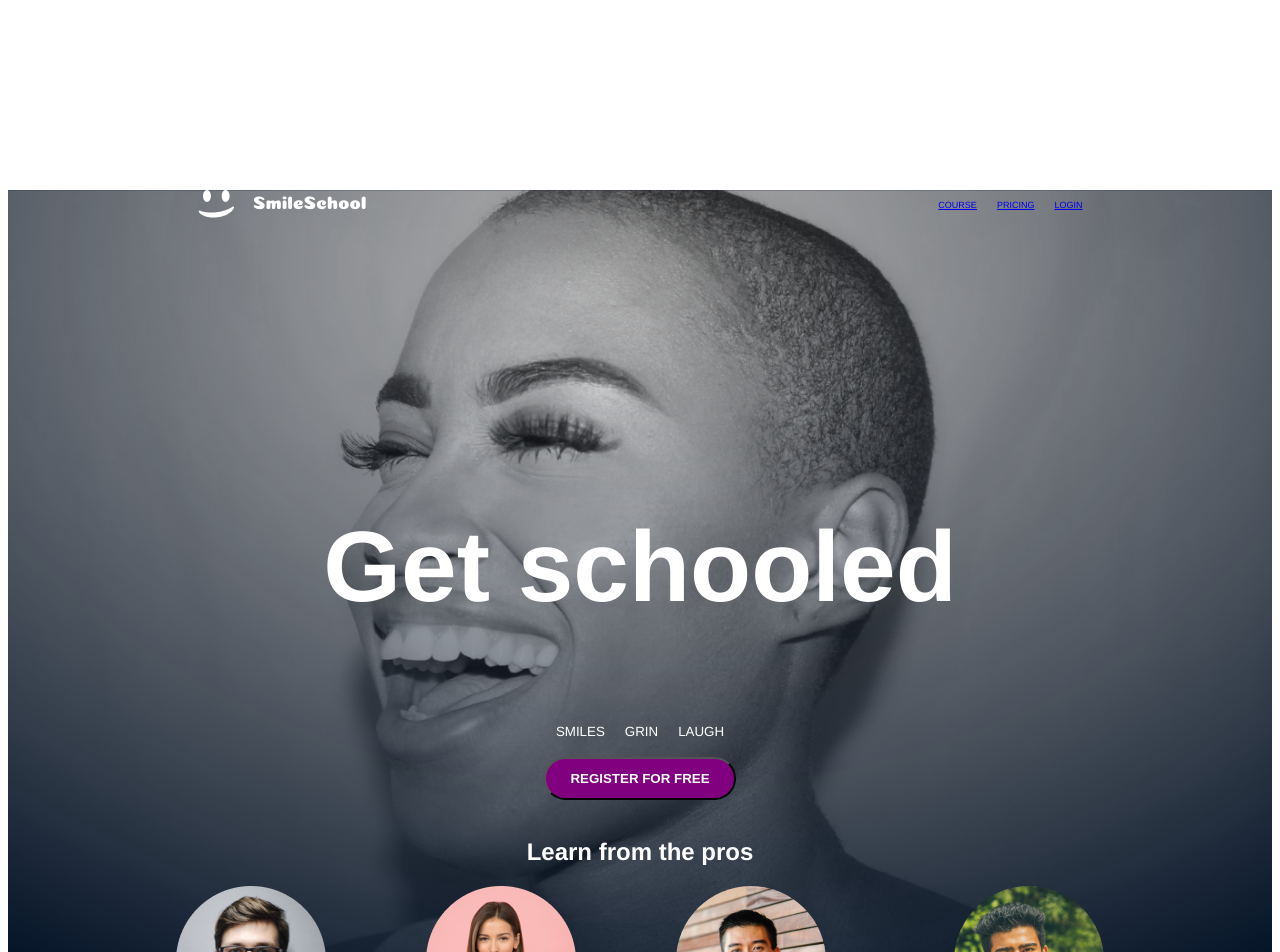
Repository: mwihakiann/alx_html_css
Page: css_advanced/index.html
An editor plug-in stored every save of this project. The page is shown before and after a run of saves, followed by the edit.
The browser window is 1280 px wide. The pictures show the part of the page from y = 0 to 952 px (the page is 3927 px tall before and 3923 px after).
A picture or video elsewhere on the page could not be fetched, so the positions and the page height are approximate. Some web libraries are served in a nearby version.

Above is the page before, as saved 2025-09-28 18:48:53.

After the next 2 saves:
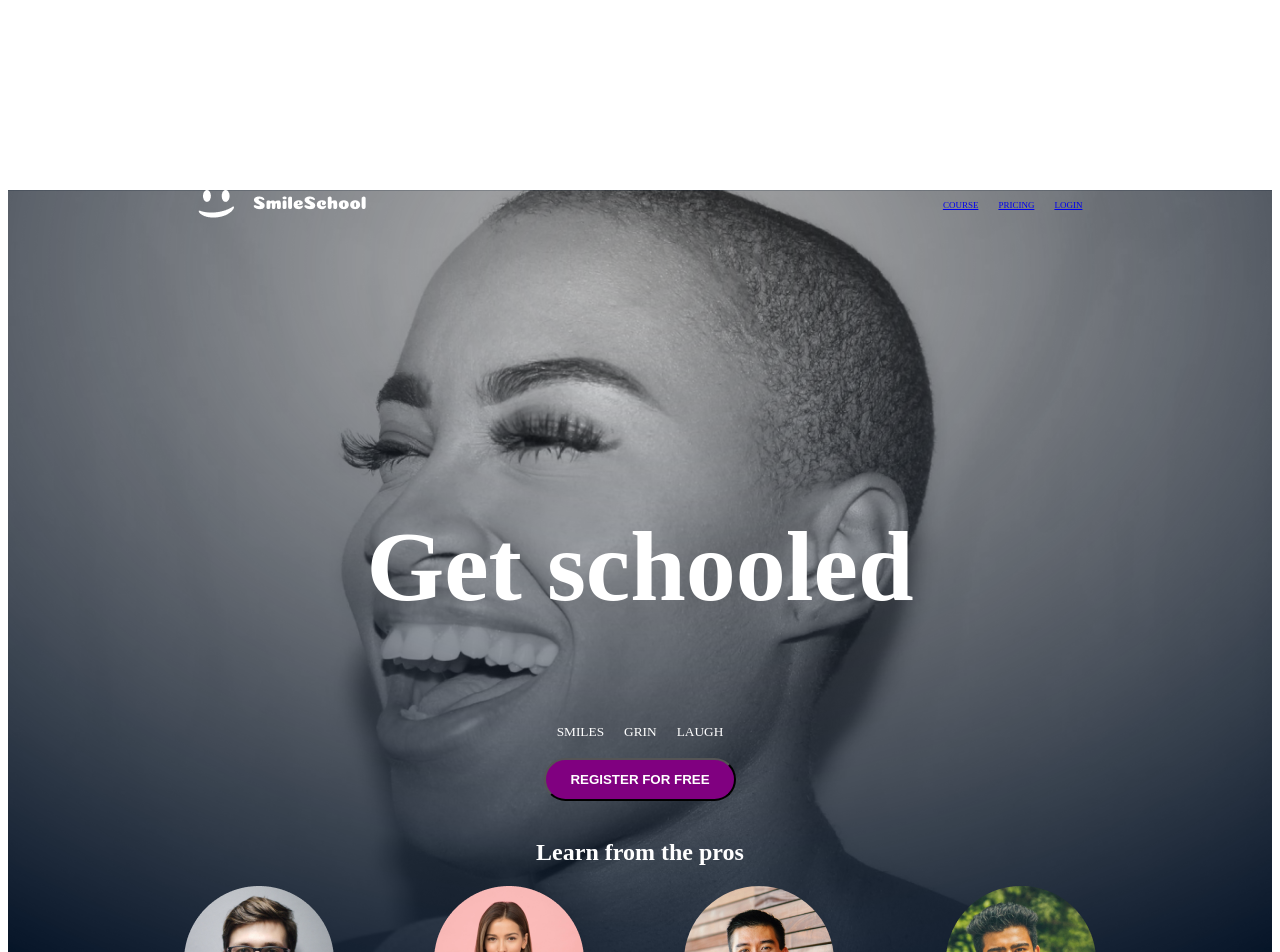
The 2 saves are shown as one change because they came seconds apart.
The last was saved 59 s later.
--- a/css_advanced/styles.css
+++ b/css_advanced/styles.css
@@ -2,6 +2,7 @@ html, body{
     margin-top: 0;
     padding-top: 0;
     height: 100%;
+    border-top
     font-family: 'Franklin Gothic Medium', 'Arial Narrow', Arial, sans-serif;
 }
 nav ul{
